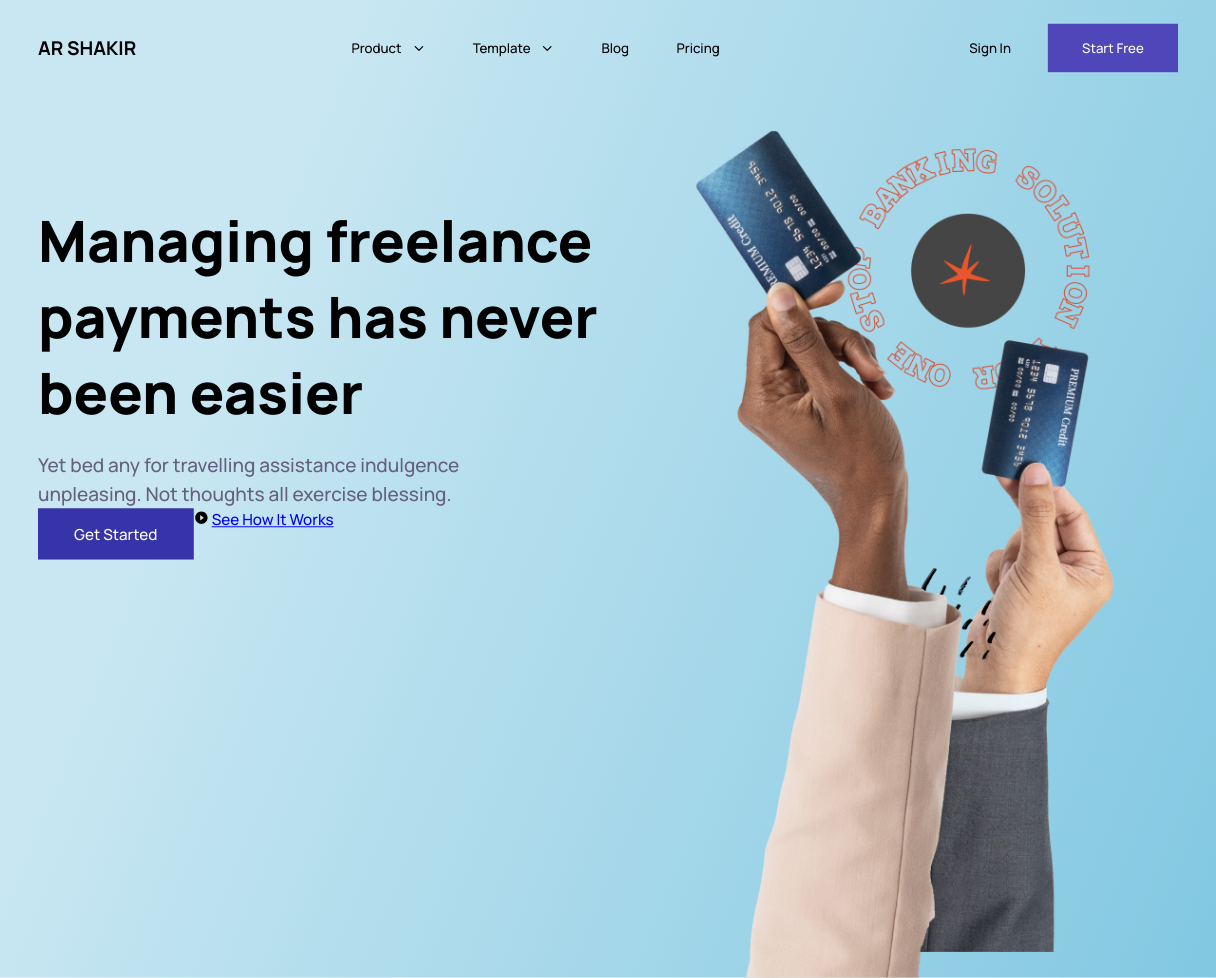
Repository: duongdori/ARShakir
Page: index.html
An editor plug-in stored every save of this project. The page is shown before and after the next save, followed by the edit.
The browser window is 1280 px wide. The pictures show the whole page, at 95% of full size.

Above is the page before, as saved 2022-04-02 16:36:14.

### index.html
<!DOCTYPE html>
<html lang="en">
<head>
    <meta charset="UTF-8">
    <meta http-equiv="X-UA-Compatible" content="IE=edge">
    <meta name="viewport" content="width=device-width, initial-scale=1.0">
    <title>AR SHAKIR</title>
    <link rel="preconnect" href="https://fonts.googleapis.com">
    <link rel="preconnect" href="https://fonts.gstatic.com" crossorigin>
    <link href="https://fonts.googleapis.com/css2?family=Manrope:wght@400;500;600;700;800&display=swap" rel="stylesheet">

    <link rel="stylesheet" href="./assets/css/main.css">
</head>
<body>
    <div class="wrapper">
        <header class="header">
            <div class="header-top">
                <div class="container">
                    <div class="header-logo">AR Shakir</div>
                    <ul class="header-menu">
                        <li class="header-menu-item">
                            <a href="#" class="header-menu-item-link">Product</a>
                            <a href="#" class="header-menu-item-icon">
                                <ion-icon name="ios-arrow-down"></ion-icon>
                            </a>
                        </li>
                        <li class="header-menu-item">
                            <a href="#" class="header-menu-item-link">Template</a>
                            <a href="#" class="header-menu-item-icon">
                                <ion-icon name="ios-arrow-down"></ion-icon>
                            </a>
                        </li>
                        <li class="header-menu-item">
                            <a href="#" class="header-menu-item-link">Blog</a>
                        </li>
                        <li class="header-menu-item">
                            <a href="#" class="header-menu-item-link">Pricing</a>
                        </li>
                    </ul>
                    <div class="header-login">
                        <a href="#" class="header-login-signin">Sign In</a>
                        <a href="#" class="header-login-startfree">Start Free</a>
                    </div>
                </div>
            </div>
            <div class="container">
                <div class="header-main">
                    <div class="header-content">
                        <h1 class="header-content-heading">
                            Managing freelance payments has never been easier
                        </h1>
                        <p class="header-content-desc">
                            Yet bed any for travelling assistance indulgence unpleasing. Not thoughts all exercise blessing.
                        </p>
                        <div class="header-content-btn">
                            <button class="header-content-getstarted_btn">Get Started</button>
                            <div class="header-content-see_btn">
                                <ion-icon name="play-circle"></ion-icon>
                                <a href="#" class="header-content-see_btn-link">See How It Works</a>
                            </div>
                        </div>
                    </div>
                    <img srcset="./assets/images/img1.png 2x" class="header-img" alt="">
                </div>
            </div>
        </header>
    </div>
</body>
<script  src = "https://unpkg.com/ionicons@4.5.10-0/dist/ionicons.js" > </script >
</html>

### assets/css/main.css
*, *::before, *::after {
  box-sizing: border-box;
}
* {
  margin: 0;
}

html, body {
  height: 100%;
}
body {
  line-height: 1.5;
  -webkit-font-smoothing: antialiased;
  -webkit-tap-highlight-color: rgba(0,0,0,0);
}

img, picture, video, canvas, svg {
  display: block;
  max-width: 100%;
}
input, button, textarea, select {
  font: inherit;
  outline: none;
  border: none;
}
p, h1, h2, h3, h4, h5, h6 {
  overflow-wrap: break-word;
}

:root {
    --primary-font: "Manrope";
    --primary-text-color: #000;
}
body {
    font-family: var(--primary-font);
    font-weight: 500;
}

.wrapper {
    max-width: 1440px;
    margin: 0 auto;
}

.container {
    max-width: 1200px;
    margin: 0 auto;
}

.header{
    background: linear-gradient(292.12deg, #62BADA -35.02%, #C9E7F2 78.96%);
}

.header-top{
    padding-top: 38px;
}

.header-top .container {
    display:flex;
    justify-content: space-between;
    align-items: center;
}

.header-logo{
    font-weight: 700;
    font-size: 20px;
    line-height: calc(25 / 20);
    text-transform: uppercase;
    color: var(--primary-text-color);
}

.header-menu{
    display:flex;
    align-items: center;
    list-style: none;
    font-weight: 500;
    font-size: 14px;
    line-height: calc(19 / 14);
    padding: 0;
    margin-left: -50px;

}

.header-menu-item{
    margin-left: 50px;
}

.header-menu-item-link{
    color: var(--primary-text-color);
    text-decoration: none;

}

.header-menu-item-icon {
    color: var(--primary-text-color);
    margin-left: 8px;
    display: inline;
    top: 2px;
    position: relative;
}

.header-login{
    font-size: 14px;
    line-height: calc(19 / 14);
}

.header-login-signin{
    color: var(--primary-text-color);
    text-decoration: none;
    padding: 16px 36px;

}

.header-login-startfree{
    color: #fff;
    text-decoration: none;
    background-color: #4F46BA;
    padding: 16px 36px;

}


.header-main {
    display: flex;
    justify-content: space-between;
}

.header-content {
    max-width: 646px;
    width: 100%;
    margin-top: 150px;
    flex-shrink: 0;
}

.header-content-heading {
    font-size: 60px;
    font-weight: 800;
    line-height: calc(80 / 60);
    color: var(--primary-text-color);
}

.header-content-desc {
    max-width: 510px;
    width: 100%;
    margin-top: 22px;
    font-size: 20px;
    line-height: calc(30 / 20);
    color: #64607D;
}

.header-content-btn{
    display: flex;
}

.header-content-getstarted_btn{
    color: #fff;
    padding: 15px 38px;
    background-color: #3734A9;
}

.header-content-see_btn{

}

.header-content-see_btn-link{

}

After the next save:
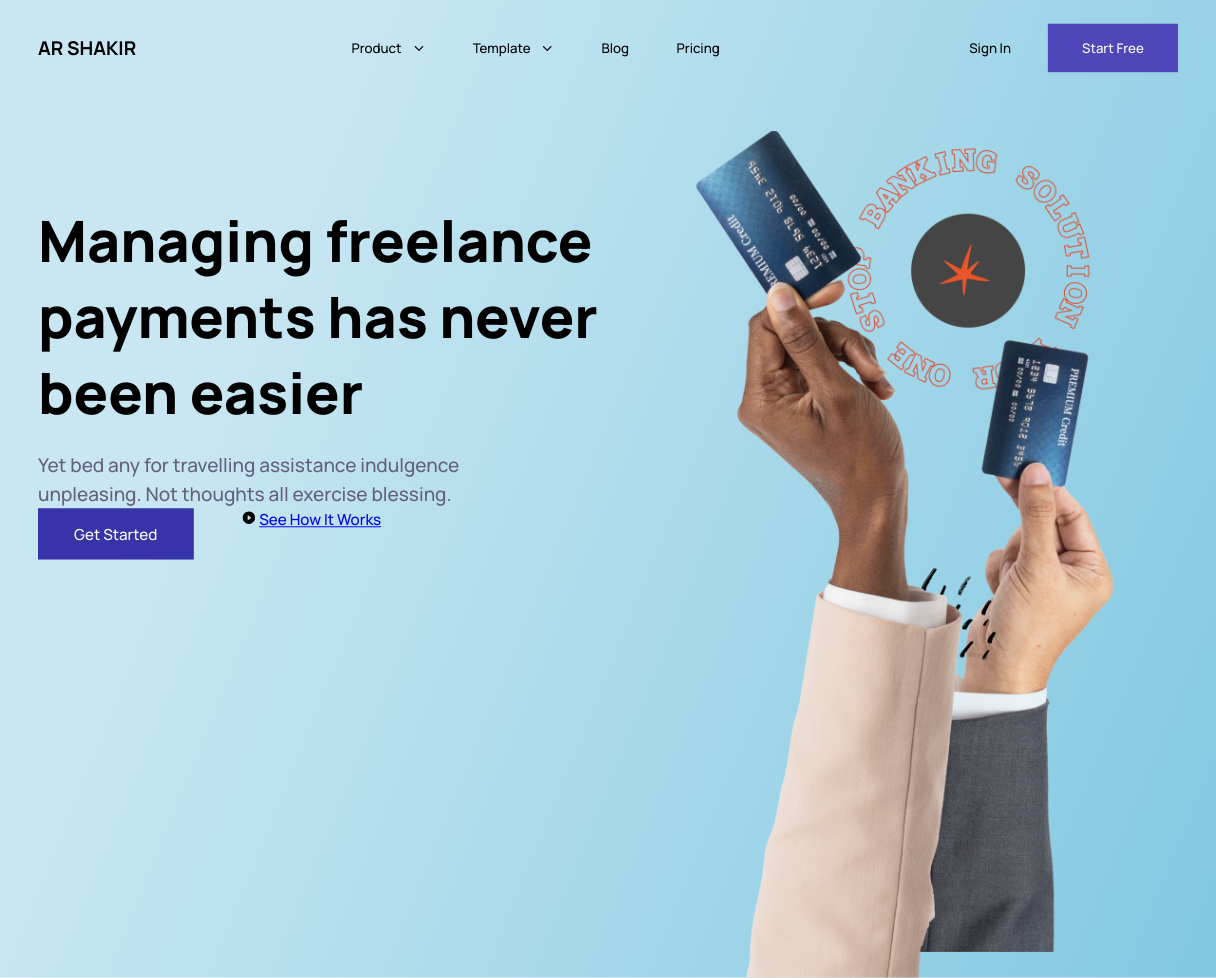
Saved 20 s later.
--- a/assets/css/main.css
+++ b/assets/css/main.css
@@ -155,6 +155,7 @@ body {
     color: #fff;
     padding: 15px 38px;
     background-color: #3734A9;
+    margin-right: 50px;
 }
 
 .header-content-see_btn{
